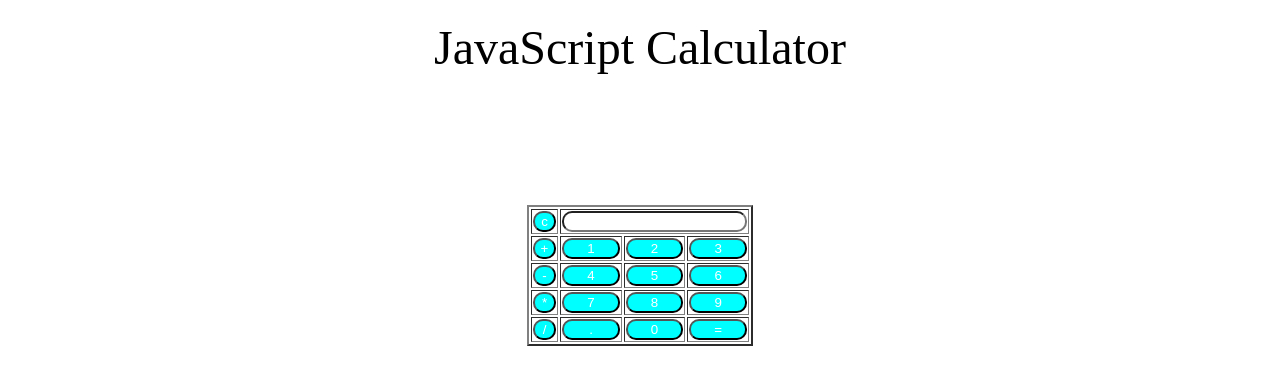
Repository: spidero7/Simple-Calculator
Page: index.html
These files come from the project's save history. The page is drawn as it stood at one moment and after a run of saves; the edit follows.
The browser window is 1280 px wide. The pictures show the whole page.

Above is the page before, as saved 2021-09-15 07:14:51.

After the next 5 saves:
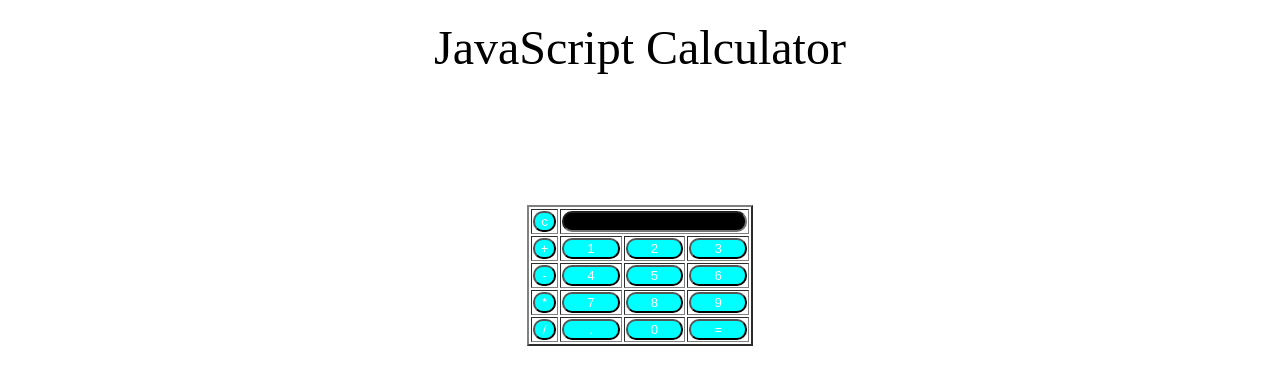
The 5 saves are shown as one change because they came seconds apart.
The last was saved 15 s later.
--- a/style.css
+++ b/style.css
@@ -31,5 +31,6 @@ input[type="button"] {
 
 input[type="text"] {
     border-radius: 10px;
-
+    text-align: right;
+    background-color: black;
 }
